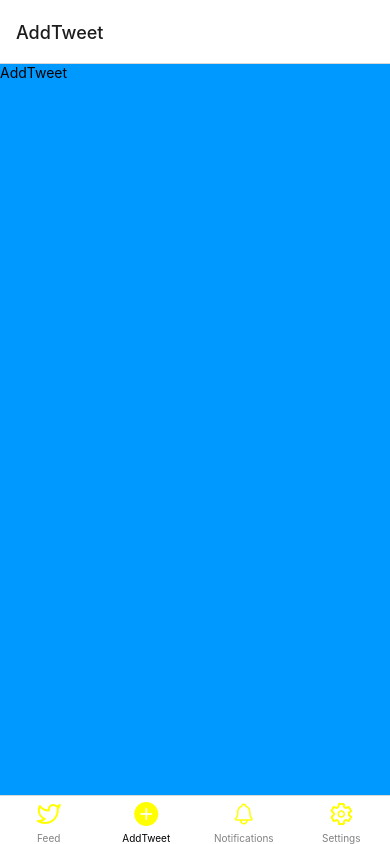
Repository: Deyvid-Kasteh/ReactNativeNavigationTraining
Screen: /AddTweet
The author's editor kept a copy of each file at every save. The screen is drawn from the files as they stood at one save, then again after the next save.
The app was drawn by React Native's web renderer in a window 390 px wide. The project was rebuilt for these pictures with package versions that can differ from the ones it lists, and the page was loaded fresh each time. Also part of the build but not shown: screens/BottomTab/Notifications.js, screens/BottomTab/Settings.js.

Above is the screen before, as saved 2023-08-03 15:42:26.

### App.js
import "react-native-gesture-handler";
import { StatusBar } from "expo-status-bar";
import { StyleSheet, Text, View } from "react-native";
import NavigationMain from "./NavigationMain";

export default function App() {
  return (

      <NavigationMain />

  );
}

const styles = StyleSheet.create({
  container: {
    flex: 1,
    backgroundColor: "#fff",
    alignItems: "center",
    justifyContent: "center",
  },
});

### NavigationMain.js
import { NavigationContainer } from "@react-navigation/native";
import Feed from "./screens/BottomTab/Feed";
import { StyleSheet, Text, View } from "react-native";
import { createBottomTabNavigator } from "@react-navigation/bottom-tabs";
import Notifications from "./screens/BottomTab/Notifications";
import AddTweet from "./screens/BottomTab/AddTweet";
import Settings from "./screens/BottomTab/Settings";
import { Ionicons } from "@expo/vector-icons";
import { Feather } from "@expo/vector-icons";
import { AntDesign } from "@expo/vector-icons";

// Bottom Tab

const Tab = createBottomTabNavigator();
function TabGroup() {
  return (
    <Tab.Navigator
      screenOptions={() => ({
        tabBarActiveTintColor: "black",
        tabBarInactiveTintColor: "gray",
        tabBarShowLabel: true,
        tabBarIconStyle: { color: "yellow" },
      })}
    >
      <Tab.Screen
        name="Feed"
        component={Feed}
        options={{
          tabBarIcon: ({ focused }) => {
            if (focused) {
              return <Ionicons name="logo-twitter" size={24} />;
            }
            return <Feather name="twitter" size={24} />;
          },
        }}
      />

      <Tab.Screen
        name="AddTweet"
        component={AddTweet}
        options={{
          tabBarIcon: ({ focused }) => {
            if (focused) {
              return <AntDesign name="pluscircle" size={24} />;
            }
            return <AntDesign name="pluscircleo" size={24} />;
          },
        }}
      />
      <Tab.Screen
        name="Notifications"
        component={Notifications}
        options={{
          tabBarIcon: ({ focused }) => {
            if (focused) {
              return <Ionicons name="notifications-sharp" size={24} />;
            }
            return <Ionicons name="notifications-outline" size={24} />;
          },
        }}
      />
      <Tab.Screen
        name="Settings"
        component={Settings}
        options={{
          tabBarIcon: ({ focused }) => {
            if (focused) {
              return <Ionicons name="settings-sharp" size={24} />;
            }
            return <Ionicons name="settings-outline" size={24} />;
          },
        }}
      />
    </Tab.Navigator>
  );
}

export default function NavigationMain() {
  return (
    <NavigationContainer>
      <TabGroup />
    </NavigationContainer>
  );
}

### screens/BottomTab/Feed.js
import { SafeAreaView, StyleSheet, Text, View } from "react-native";

export default function Feed() {
    return (
      <View style={styles.container}>
        <Text>Feed</Text>
      </View>
    );
}

const styles = StyleSheet.create({
  container: {
    flex: 1,
    backgroundColor: "#0099ff",
  },
});

### screens/BottomTab/AddTweet.js
import { StyleSheet, Text, View } from "react-native";
import React from "react";

const AddTweet = () => {
  return (
    <View style={styles.container}>
      <Text>AddTweet</Text>
    </View>
  );
};

export default AddTweet;

const styles = StyleSheet.create({
  container: {
    flex: 1,
    backgroundColor: "#0099ff",
  },
});

After the next save:
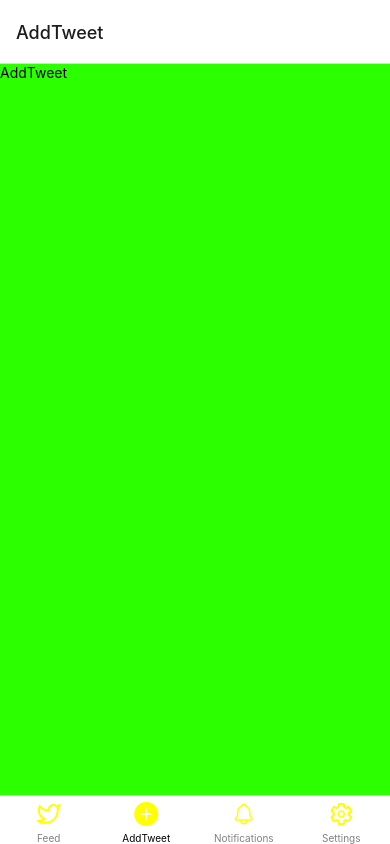
Saved 19 s later.
--- a/screens/BottomTab/AddTweet.js
+++ b/screens/BottomTab/AddTweet.js
@@ -14,6 +14,6 @@
 const styles = StyleSheet.create({
   container: {
     flex: 1,
-    backgroundColor: "#0099ff",
+    backgroundColor: "#2bff00",
   },
 });
